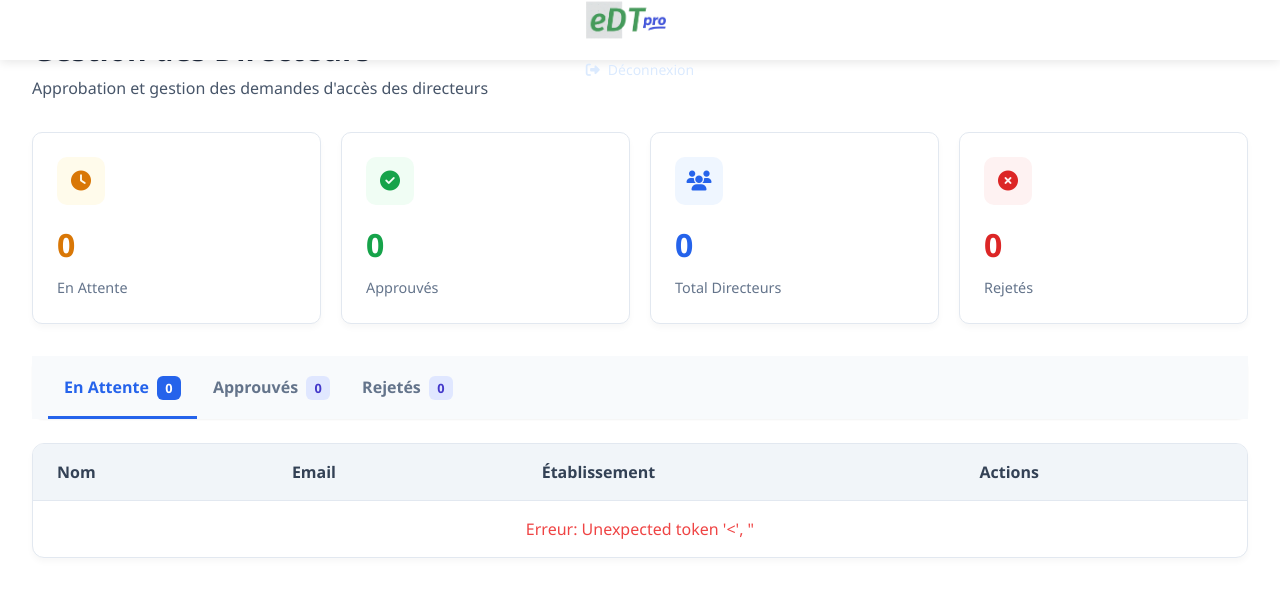
Repository: Mouad-git/edtpro
Page: gestion_edt/public/admin_dashboard.html
An editor plug-in stored every save of this project. The page is shown before and after the next save, followed by the edit.
The browser window is 1280 px wide. The pictures show the whole page.
Some web libraries are served in a nearby version.

Above is the page before, as saved 2025-08-08 18:28:36.

After the next save:
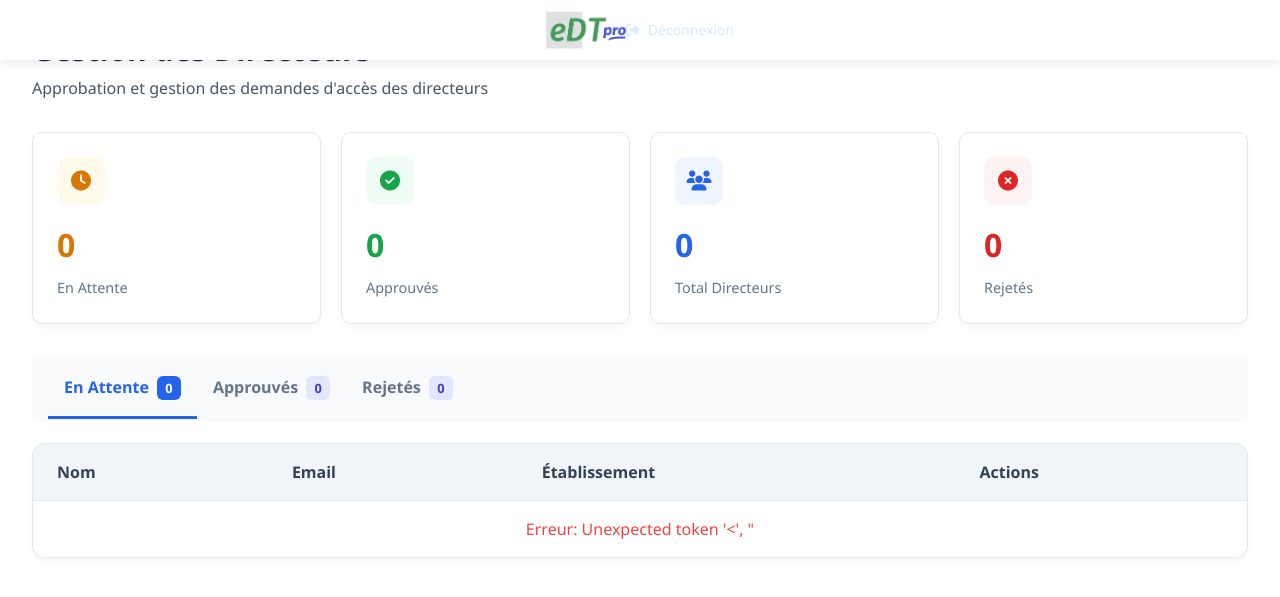
Saved 7 s later.
--- a/gestion_edt/public/admin_dashboard.html
+++ b/gestion_edt/public/admin_dashboard.html
@@ -83,10 +83,10 @@
 <body>
     <nav>
         <div class="max-w-7xl mx-auto px-4 sm:px-6 lg:px-8">
-
+            <div class="flex justify-between items-center h-16">
                 <img src="assets/images/logo_edtpro.png" style="height: 80px; width: auto;" id="logo" alt="Logo">
                 <div><a href="../api/auth/logout.php" class="flex items-center text-sm font-medium text-blue-100 hover:text-white transition"><i class="fas fa-sign-out-alt mr-2"></i>Déconnexion</a></div>
-
+            </div>
         </div>
     </nav>
 
